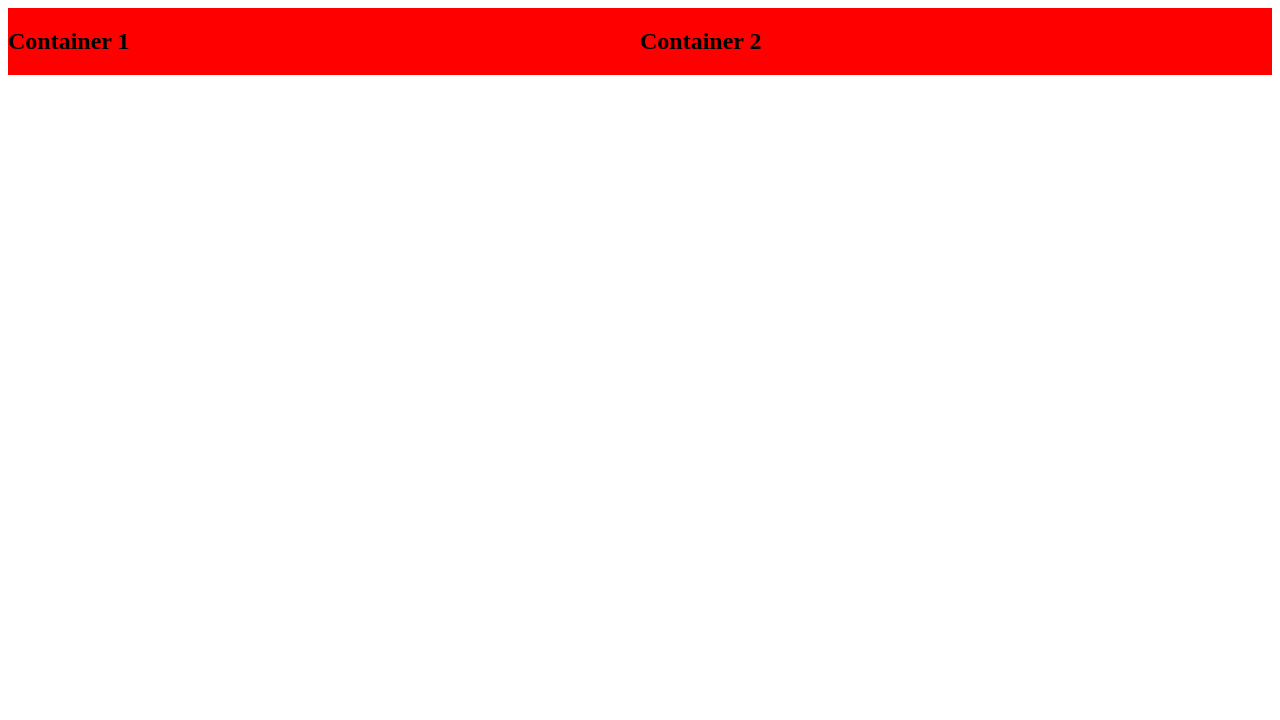
Repository: RohanSai22/harkirat-cohort-learnings
Page: Web/w1_a2.html
These files come from the project's save history. The page is drawn as it stood at one moment and after the next save; the edit follows.
The browser window is 1280 px wide. The pictures show the whole page.

Above is the page before, as saved 2026-03-24 11:54:44.

### Web/w1_a2.html
<html>
    <head>
        <title>Eleven Labs : Sales Page </title>
    </head>
    <body>
        <div style ="display: flex; background-color: red;">
            <div style="flex:1">
                <h2>Container 1</h2>
            </div>
            <div style="flex:1">
                 <h2>Container 2</h2>
            </div>
        </div>
    </body>
</html>

After the next save:
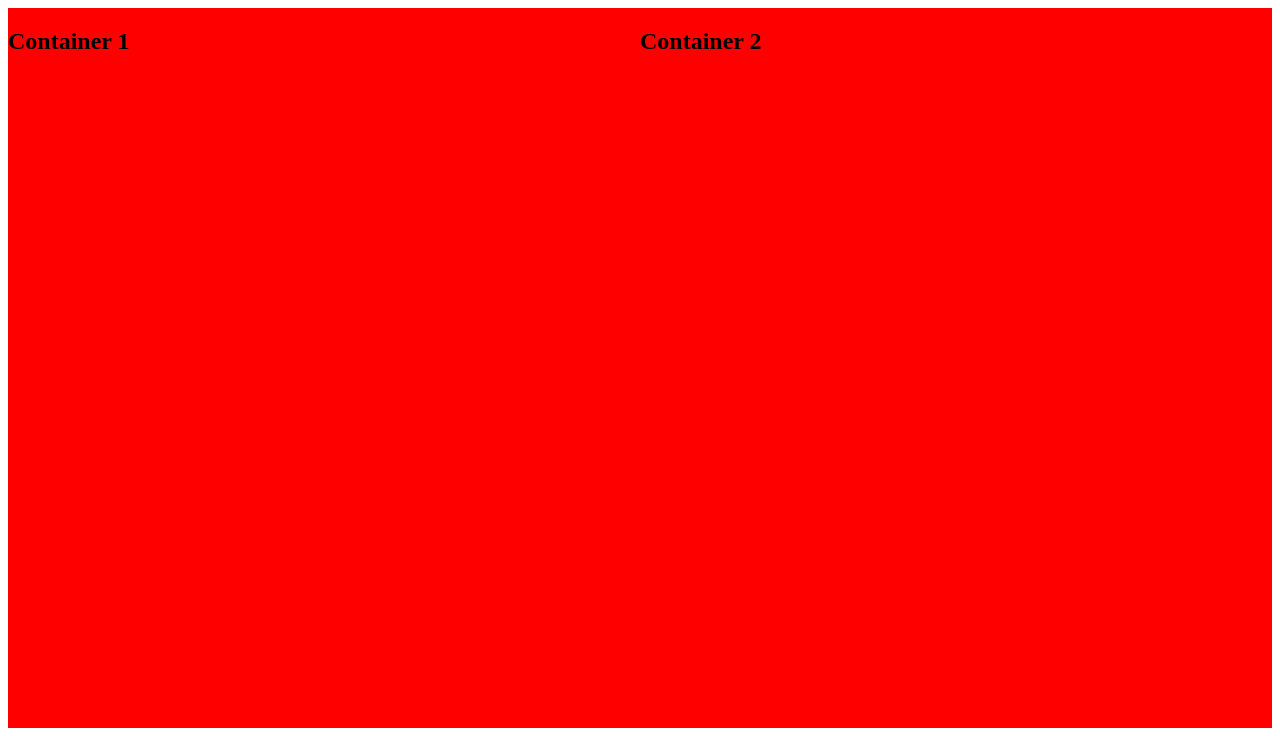
Saved 24 s later.
--- a/Web/w1_a2.html
+++ b/Web/w1_a2.html
@@ -3,7 +3,7 @@
         <title>Eleven Labs : Sales Page </title>
     </head>
     <body>
-        <div style ="display: flex; background-color: red;">
+        <div style ="min-height: 100vh; display: flex; background-color: red;">
             <div style="flex:1">
                 <h2>Container 1</h2>
             </div>
